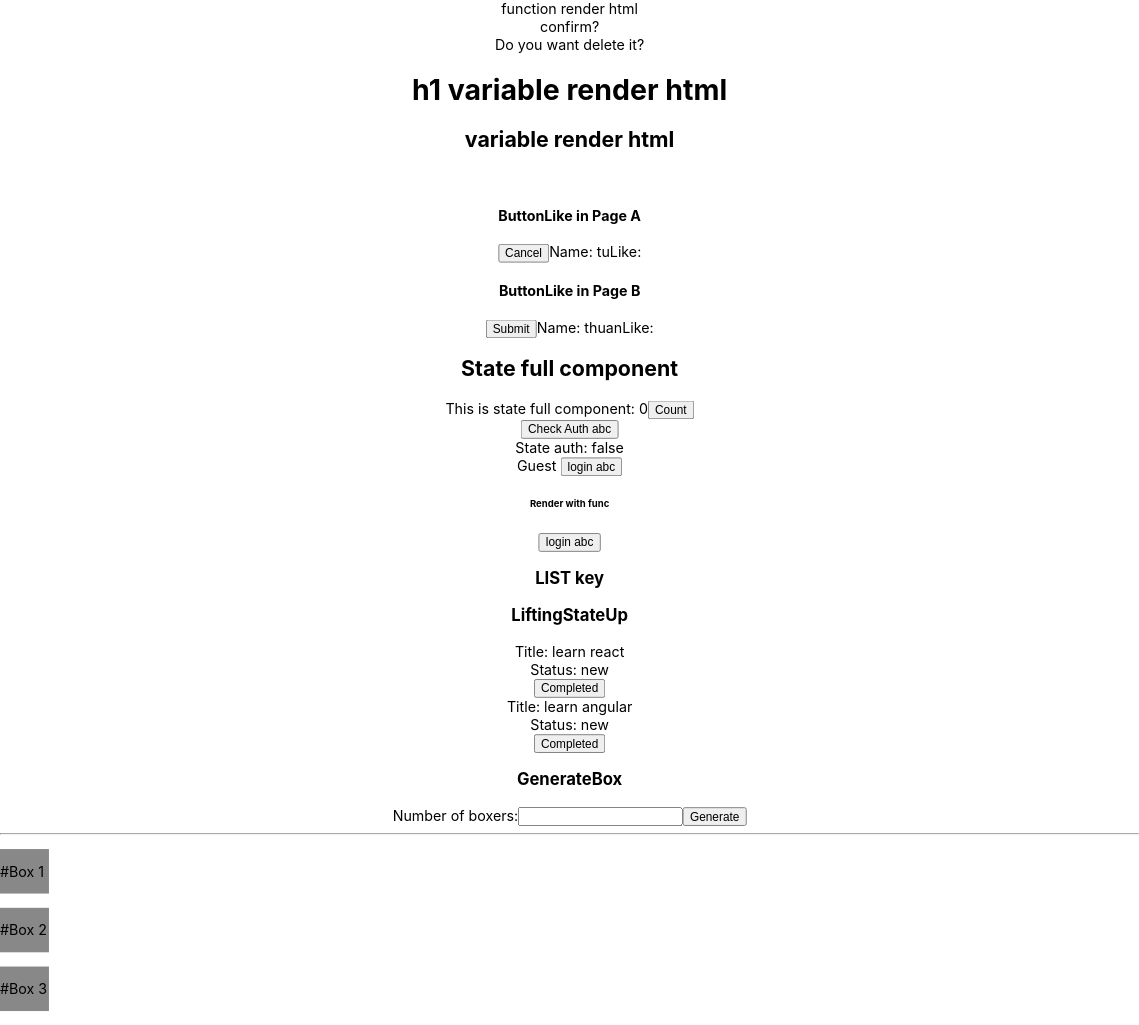
Repository: HoangTu18/reactjs-exercise
Page: /
These files come from the project's save history. The page is drawn as it stood at one moment and after the next save; the edit follows.
The browser window is 1280 px wide. The pictures show the whole page, at 89% of full size.
The project was rebuilt for these pictures with package versions that can differ from the ones it lists, and the page was loaded fresh each time. Also part of the build but not shown: src/pages/StateObject.jsx.

Above is the page before, as saved 2022-05-28 20:50:08.

After the next save:
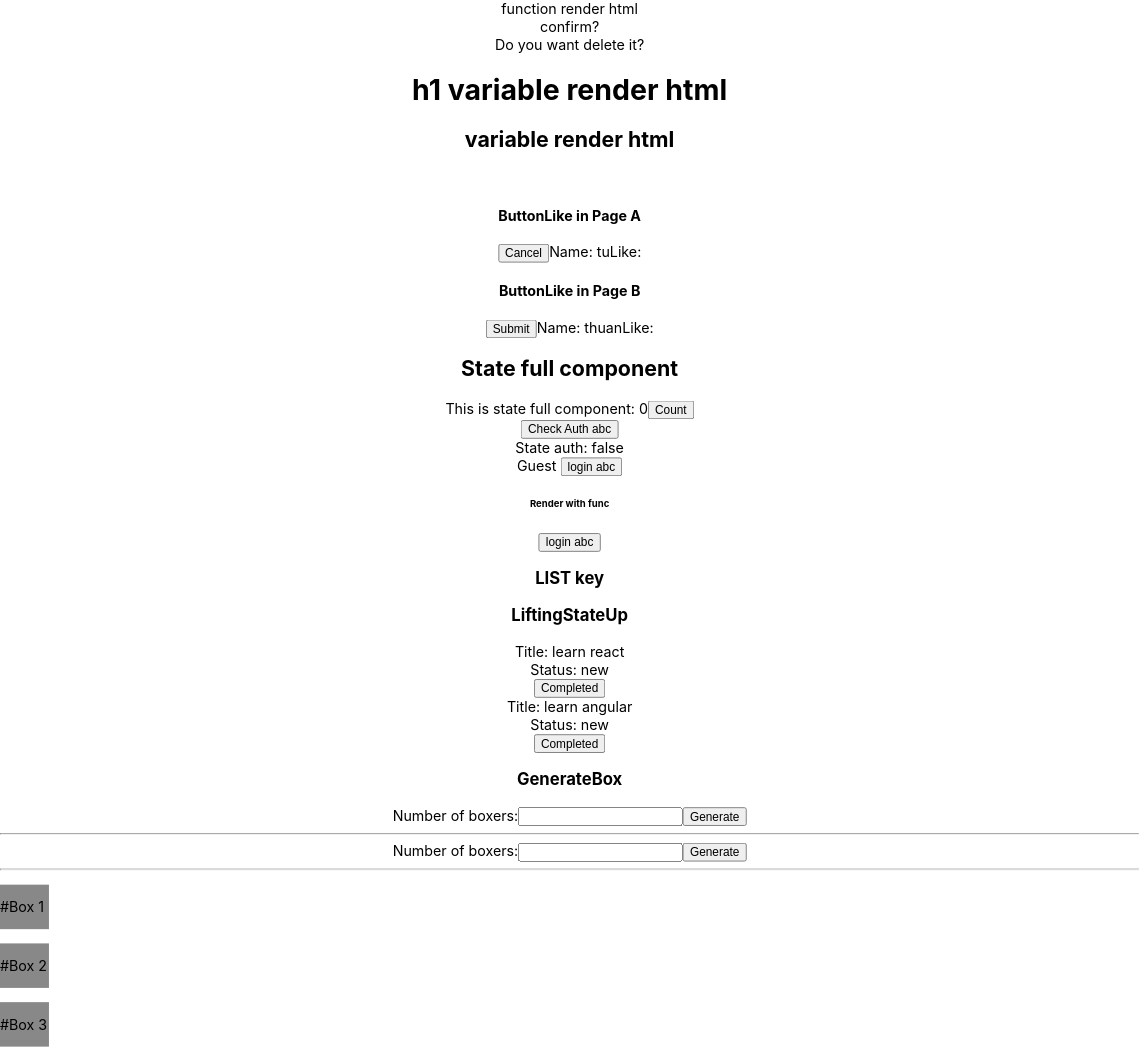
Saved 118 s later.
--- a/src/exercise/GenerateBox.jsx
+++ b/src/exercise/GenerateBox.jsx
@@ -18,6 +18,12 @@ function GenerateBox(props) {
   }
   return (
     <div>
+      <div>
+        Number of boxers:
+        <input type="number" />
+        <button onClick={() => handleGenerate(boxs.id)}>Generate</button>
+        <hr />
+      </div>
       <GenerateBoxList boxs={boxs} handleGenerate={handleGenerate} />
     </div>
   );

After the save that followed:
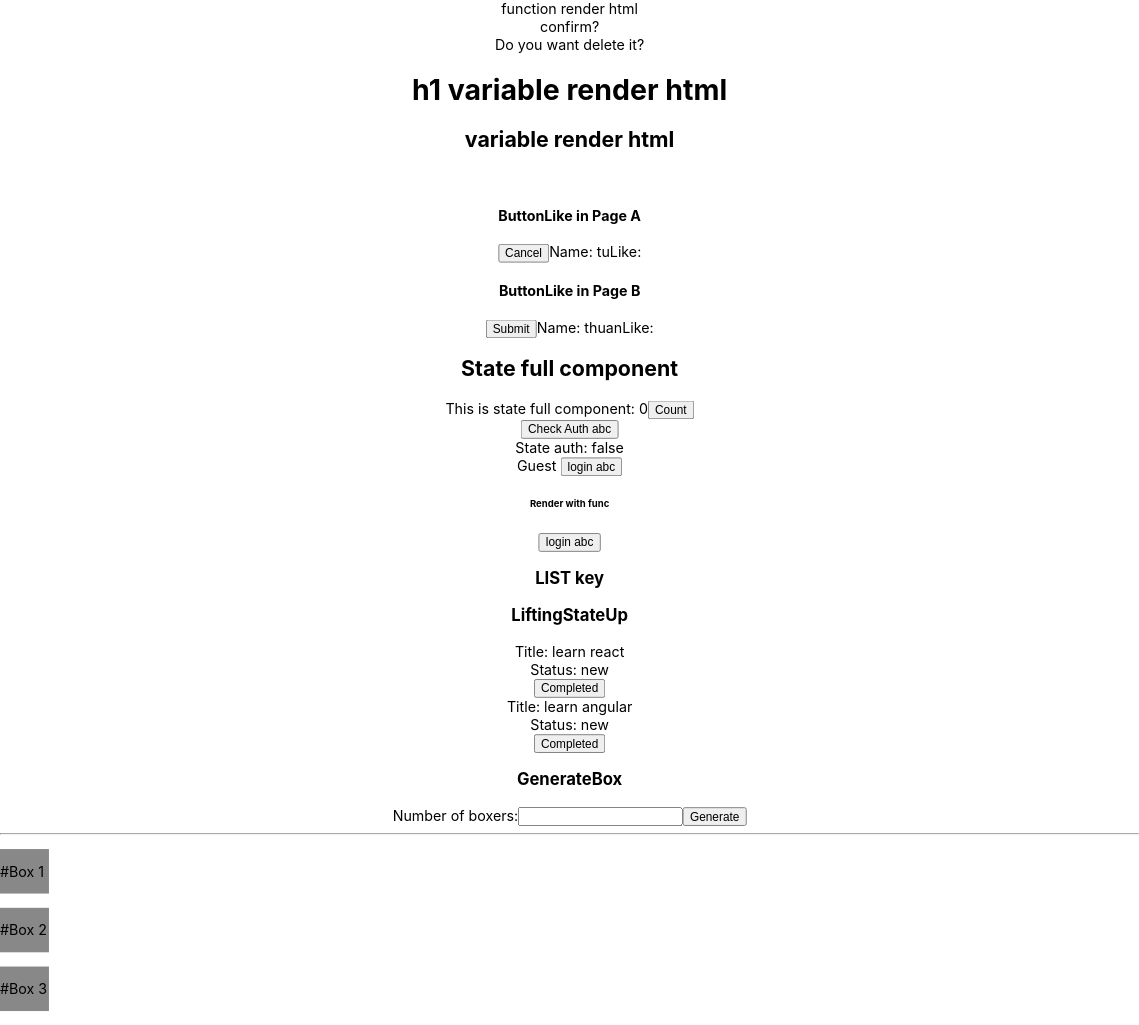
Saved 5 s later.
--- a/src/components/GenerateBox/GenerateBoxList.jsx
+++ b/src/components/GenerateBox/GenerateBoxList.jsx
@@ -4,12 +4,6 @@ import GenerateBoxItem from "./GenerateBoxItem";
 function GenerateBoxList({ boxs, handleGenerate }) {
   return (
     <div>
-      <div>
-        Number of boxers:
-        <input type="number" />
-        <button onClick={() => handleGenerate(boxs.id)}>Generate</button>
-        <hr />
-      </div>
       {boxs.map((boxs) => (
         <GenerateBoxItem boxs={boxs} handleGenerate={handleGenerate} />
       ))}
